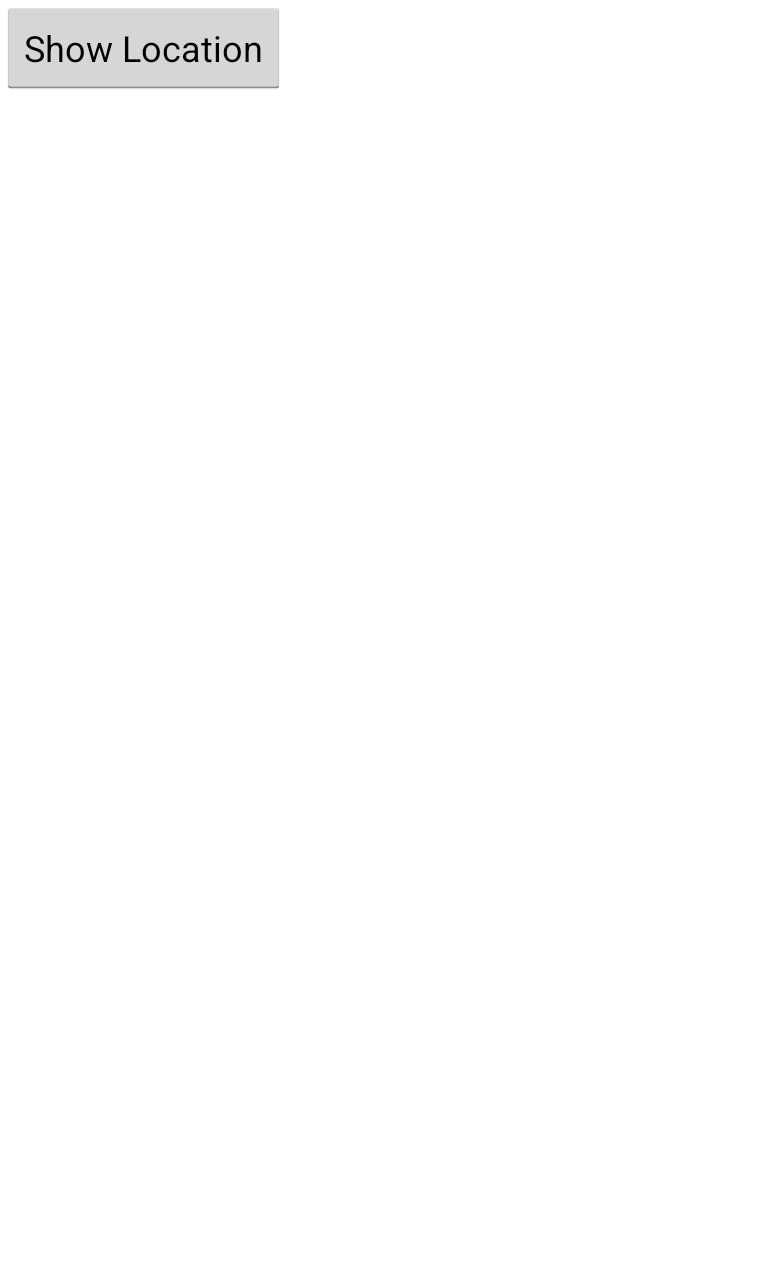
Repository: Jonieye/gps-story
Layout: Workspace/com.joni.android.first/res/layout/activity_main.xml
The author's editor kept a copy of each file at every save. The layout is drawn from the files as they stood at one save, then again after the next save.
It is drawn on a 768 x 1280 px phone screen (xhdpi) without system bars, with theme AppTheme; the app's code is not run.

Above is the layout before, as saved 2014-10-18 04:53:00.

After the next save:
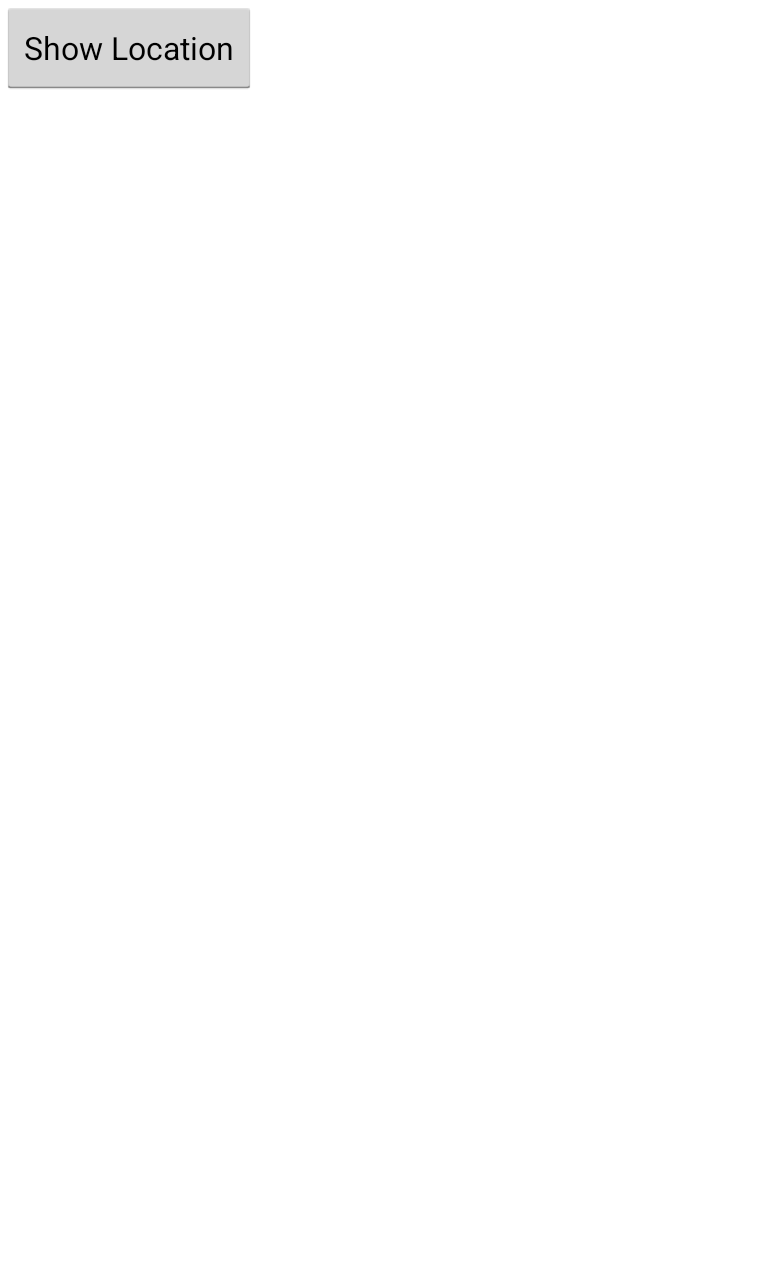
Saved 63 s later.
--- a/Workspace/com.joni.android.first/res/layout/activity_main.xml
+++ b/Workspace/com.joni.android.first/res/layout/activity_main.xml
@@ -5,8 +5,9 @@
 
     <Button
         android:id="@+id/showLocation"
-    	android:layout_width="wrap_content"
-    	android:layout_height="wrap_content"
-    	android:text="Show Location" />
+        style="@style/AppTheme"
+        android:layout_width="wrap_content"
+        android:layout_height="wrap_content"
+        android:text="Show Location" />
 
 </LinearLayout>
